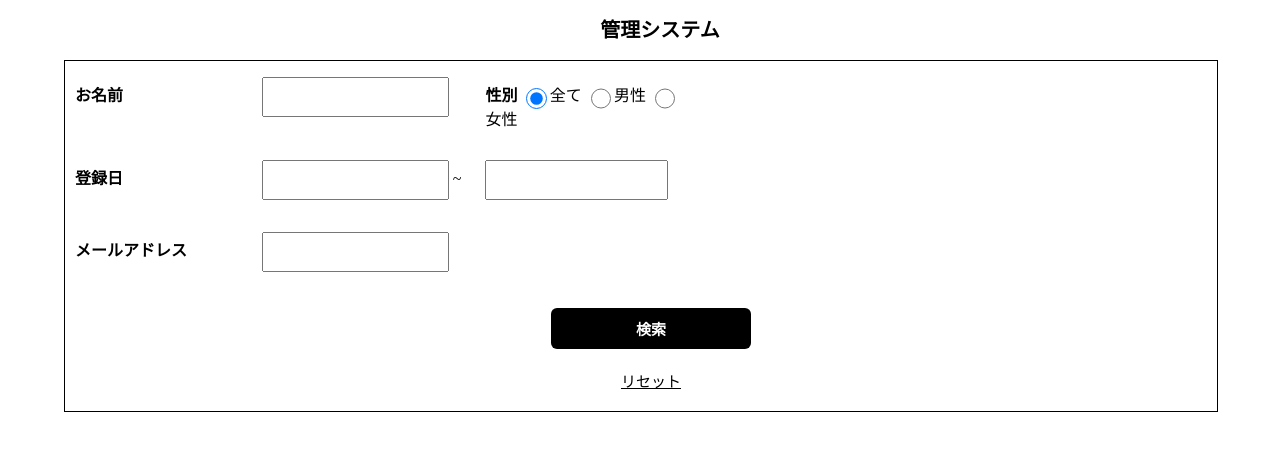
Repository: masanarimiura/20220723_miura_advance_test
Page: http://localhost/manage
These files come from the project's save history. The page is drawn as it stood at one moment and after a run of saves; the edit follows.
The browser window is 1280 px wide. The pictures show the whole page.
The page is served by the project's Laravel application, run on PHP 8.4 with Laravel 8.

Above is the page before, as saved 2022-07-19 20:34:39.

After the next 5 saves:
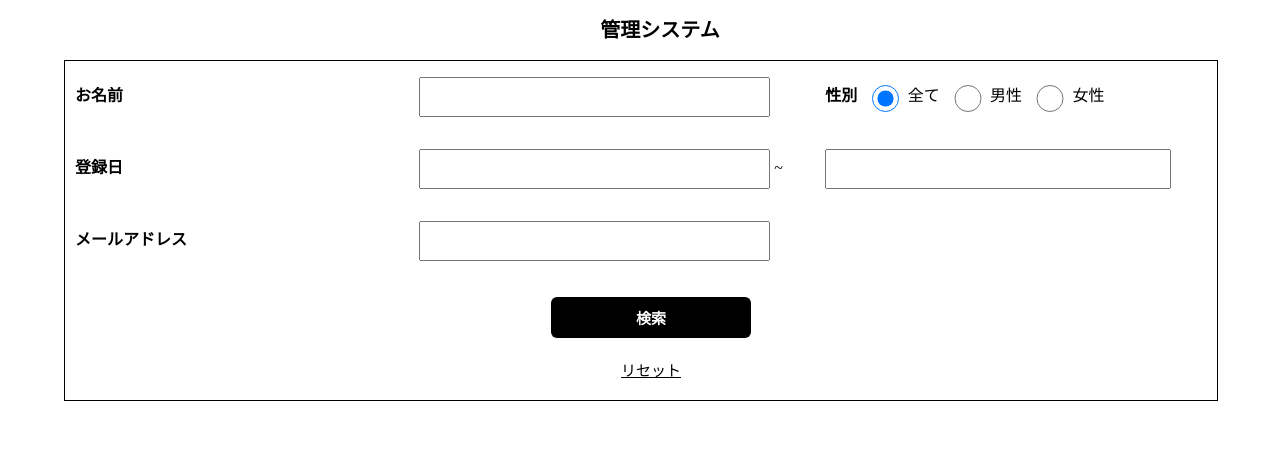
The 5 saves are shown as one change because they came seconds apart.
The last was saved 2 min 22 s later.
--- a/resources/views/manage.blade.php
+++ b/resources/views/manage.blade.php
@@ -119,6 +119,9 @@ input, select {
 .system form {
   width: 100%;
 }
+.system form table {
+  width: 100%;
+}
 .system form table tr th {
   width: 30%;
   font-weight: bold;
